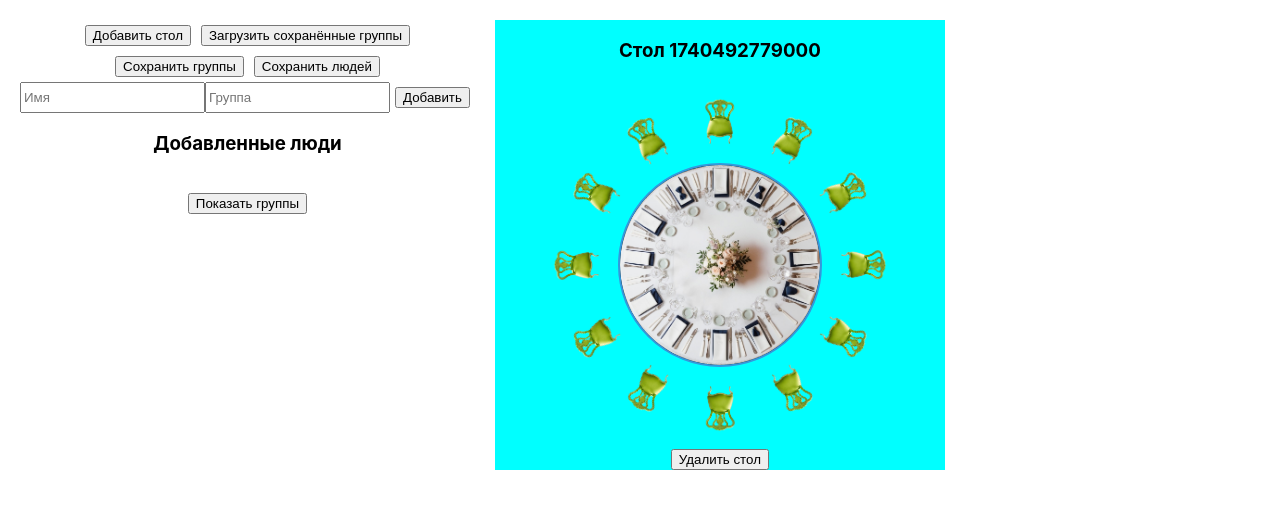
Repository: Vahan-23/Table-V2
Page: /, after clicking the first element matching `button`
An editor plug-in stored every save of this project. The page is shown before and after the next save, followed by the edit.
The browser window is 1280 px wide. The pictures show the whole page.
The project was rebuilt for these pictures with package versions that can differ from the ones it lists, and the page was loaded fresh each time.

Above is the page before, as saved 2025-02-25 16:15:45.

After the next save:
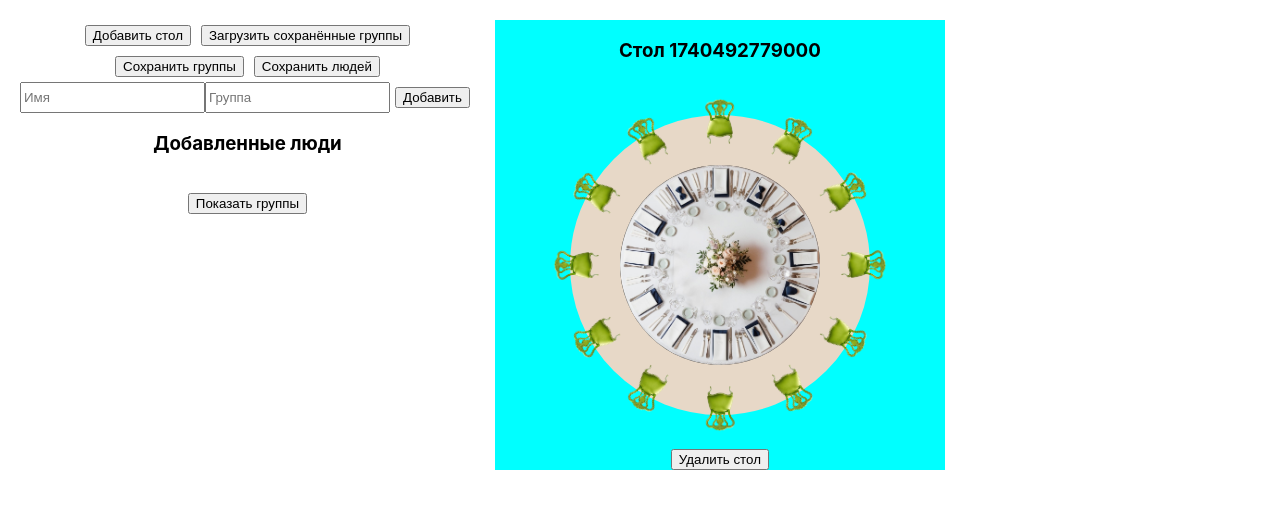
Saved 5 min 19 s later.
--- a/src/component/App.css
+++ b/src/component/App.css
@@ -61,7 +61,7 @@
   margin: 20px;
   width: 200px;
   height: 200px;
-  border: 2px solid #3498db;
+  border: 50px solid #e7d8c7;
   border-radius: 50%;
   display: flex;
   justify-content: center;
